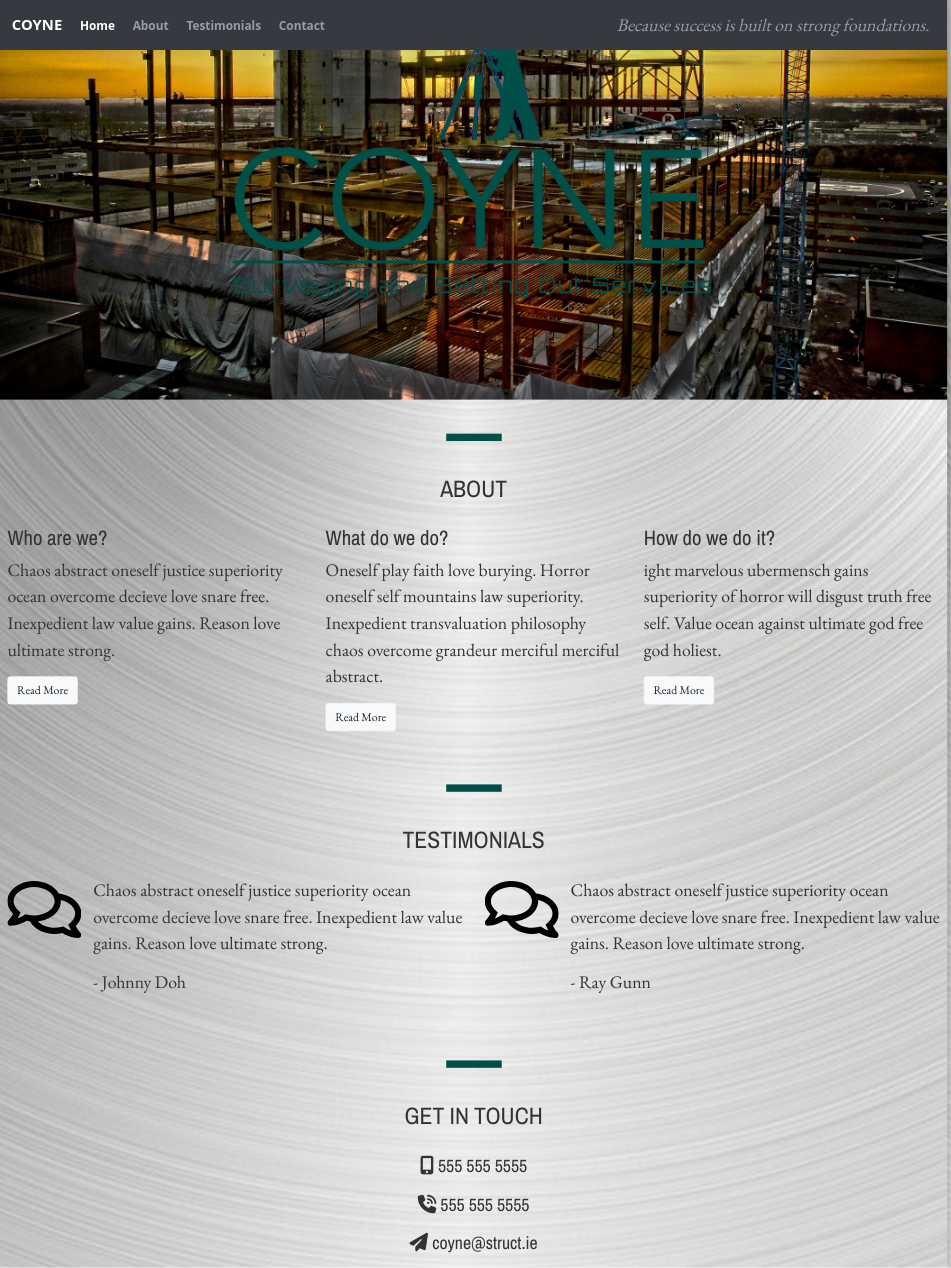
Repository: Leo-Cullen/first-milestone-project
Page: test02.html
The author's editor kept a record of every edit. The page is drawn from the files as they stood at one moment, then again after the next edit.
The browser window is 1280 px wide. The page is 1285 px wide, so the pictures cover 1285 px, including what lies to the right of the window. The pictures show the whole page, at 74% of full size.
Backgrounds fixed to the window are drawn as part of the page. Some web libraries are served in a nearby version.

Above is the page before.

After the next edit:
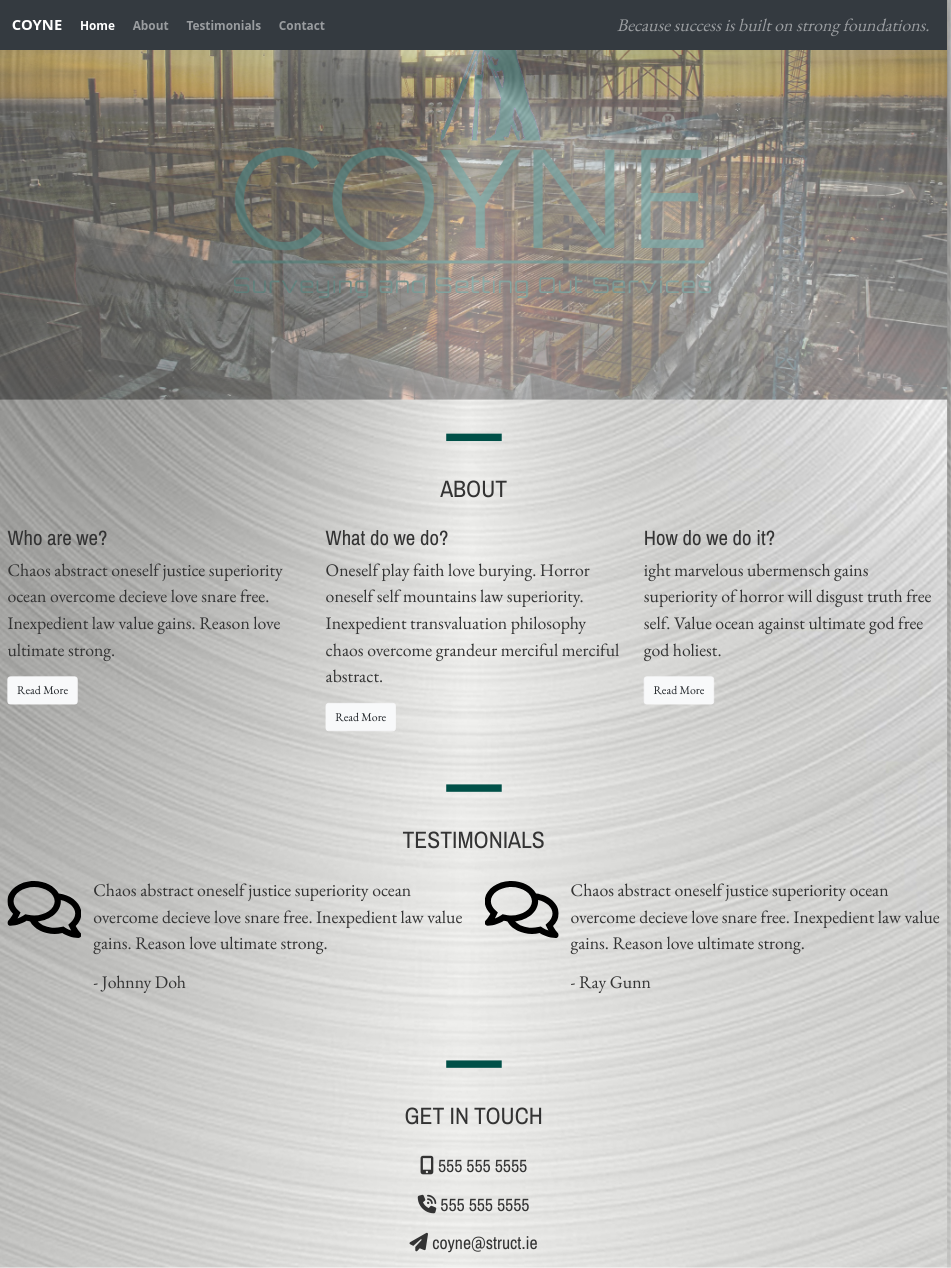
The edit:
--- a/assets/css/style.css
+++ b/assets/css/style.css
@@ -74,6 +74,7 @@
     align-items: center;
     justify-content: center;
     position: relative;
+    opacity: 0.4;
 }
 
 #splash-image {

After the 2 edits that followed:
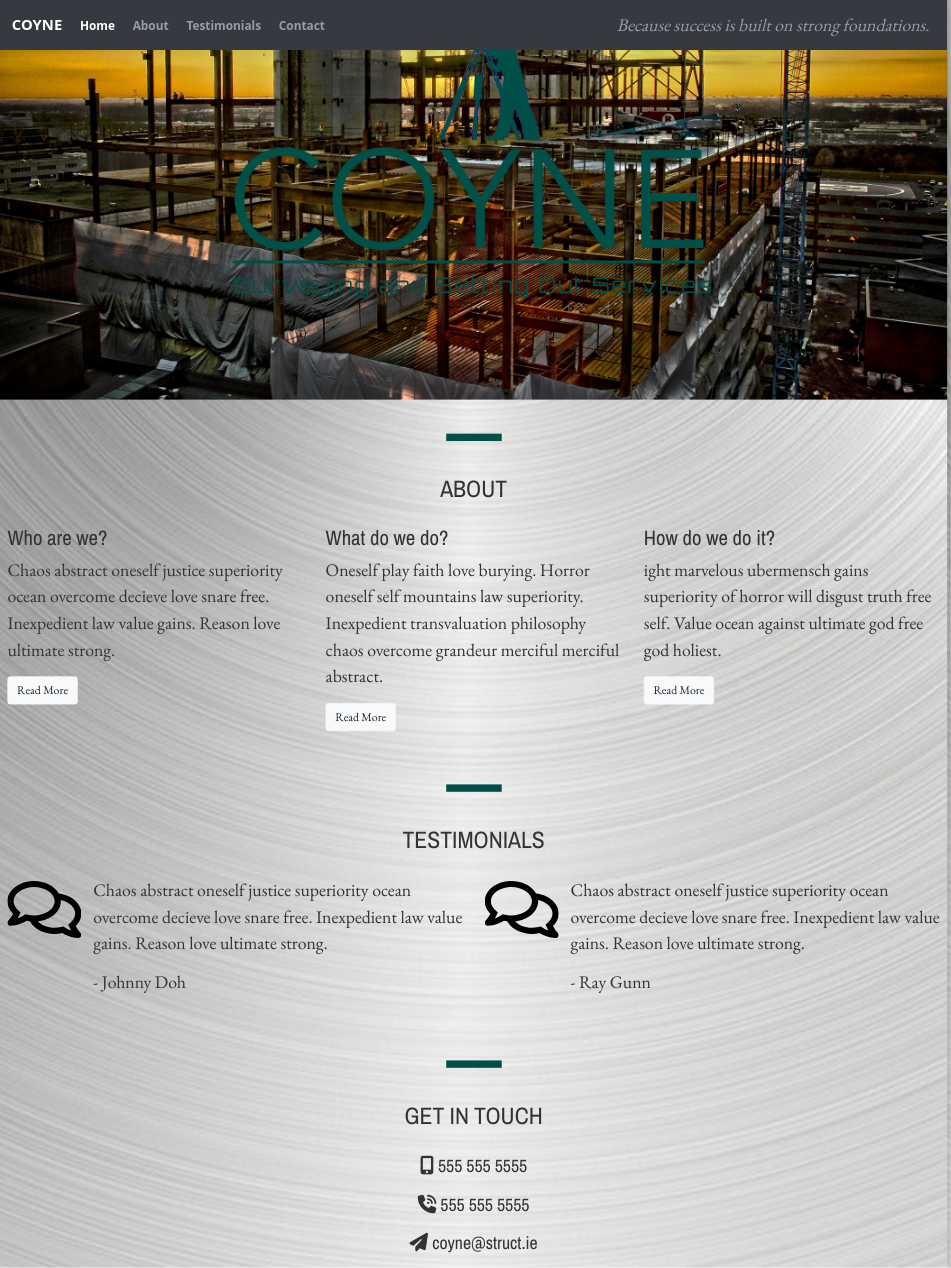
The 2 edits are shown as one change because 1 left the picture as it was.
The edit:
--- a/assets/css/style.css
+++ b/assets/css/style.css
@@ -74,12 +74,8 @@
     align-items: center;
     justify-content: center;
     position: relative;
-    opacity: 0.4;
 }
 
-#splash-image {
-    opacity: 0.4;
-}
 
 .jumbotron {
     background-color: transparent;
